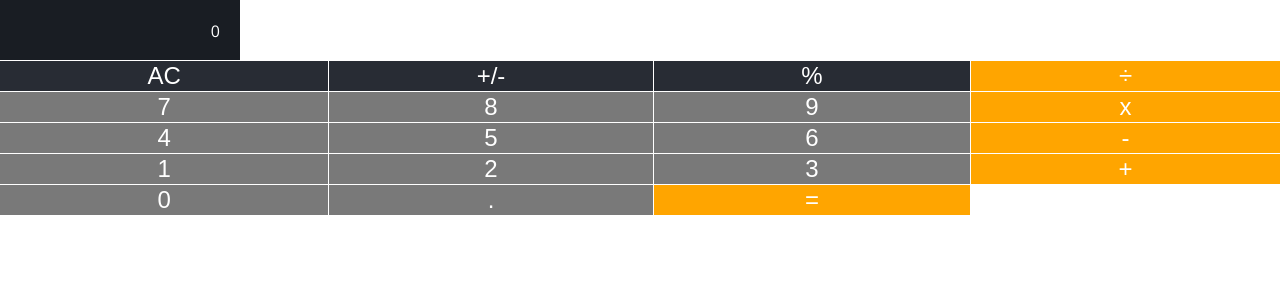
Repository: catsarenotreal/CalculatorWebApp
Page: /
An editor plug-in stored every save of this project. The page is shown before and after the next save, followed by the edit.
The browser window is 1280 px wide. The pictures show the whole page.
The project was rebuilt for these pictures with package versions that can differ from the ones it lists, and the page was loaded fresh each time.

Above is the page before, as saved 2024-08-26 15:16:16.

After the next save:
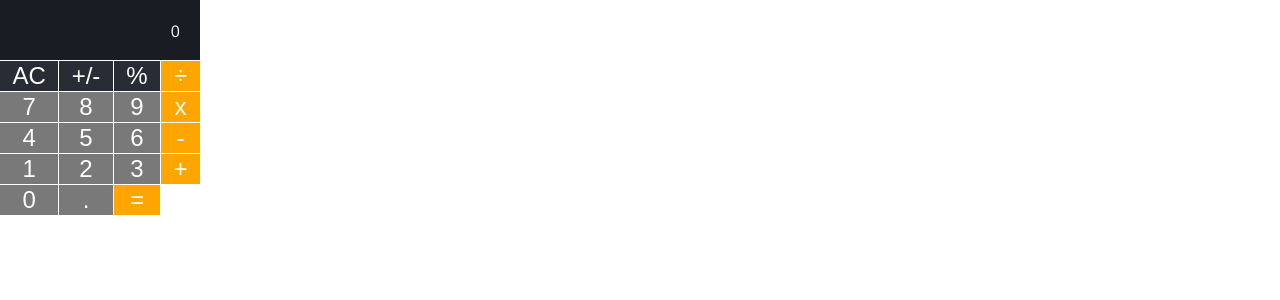
Saved 6 min 33 s later.
--- a/src/App.css
+++ b/src/App.css
@@ -67,7 +67,7 @@
 }
 
 .DisplayScreen{
-  width: 200px;
+  /* width: 200px; */
   height: 20px;
   padding:20px;
   /* font-size: 100;
@@ -84,6 +84,7 @@
 
 .wrapper {
   display: grid;
+  width: 200px;
   /* column-gap:1px;
   row-gap:1px; */
   grid-gap:1px;
